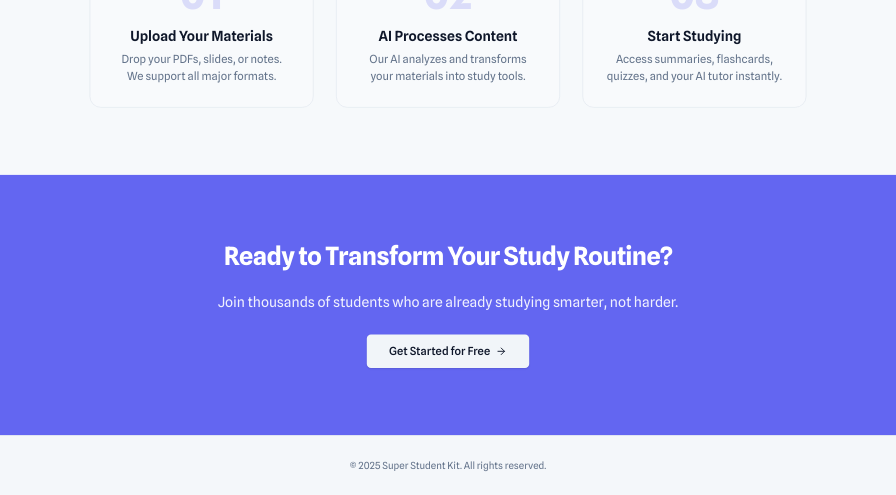
Repository: DiwanMalla/study_kit
Page: /
These files come from the project's save history. The page is drawn as it stood at one moment and after the next save; the edit follows.
The browser window is 1280 px wide. The pictures show the part of the page from y = 2277 to 4197 px (the page is 2984 px tall before and 4252 px after), at 70% of full size.
The page's requests for data from a server got no answer. The project was rebuilt for these pictures with package versions that can differ from the ones it lists, and the page was loaded fresh each time. Some packages were replaced by stand-ins written for this rebuild. The framework's server and built-in components were replaced by stand-ins that run in the browser. No one was signed in, and anything a server would have sent is missing. Also part of the build but not shown: next.config.ts.

Above is the page before, as saved 2025-12-20 01:10:12.

After the next save:
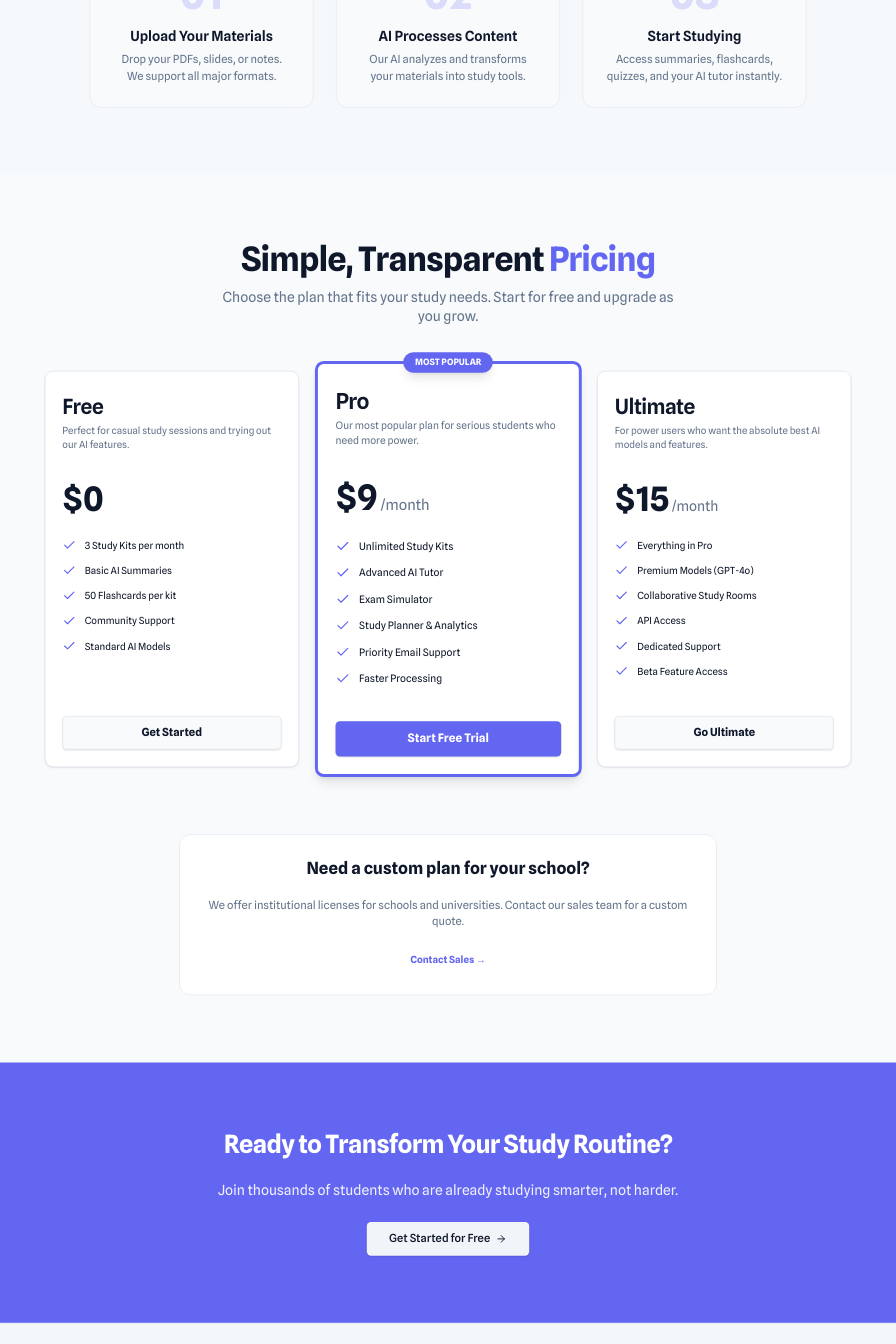
Saved 11 s later.
--- a/app/page.tsx
+++ b/app/page.tsx
@@ -5,6 +5,7 @@ import { auth } from "@clerk/nextjs/server";
 import { redirect } from "next/navigation";
 import { Navbar } from "@/components/layout/navbar";
 import { Footer } from "@/components/layout/footer";
+import { PricingContent } from "@/components/pricing/pricing-content";
 import {
   Card,
   CardContent,
@@ -227,6 +228,13 @@ export default async function Home() {
                 description="Access summaries, flashcards, quizzes, and your AI tutor instantly."
               />
             </div>
+          </div>
+        </section>
+
+        {/* Pricing Section */}
+        <section id="pricing" className="py-24 bg-background">
+          <div className="container mx-auto px-4">
+            <PricingContent ctaHref="/dashboard" />
           </div>
         </section>
 
